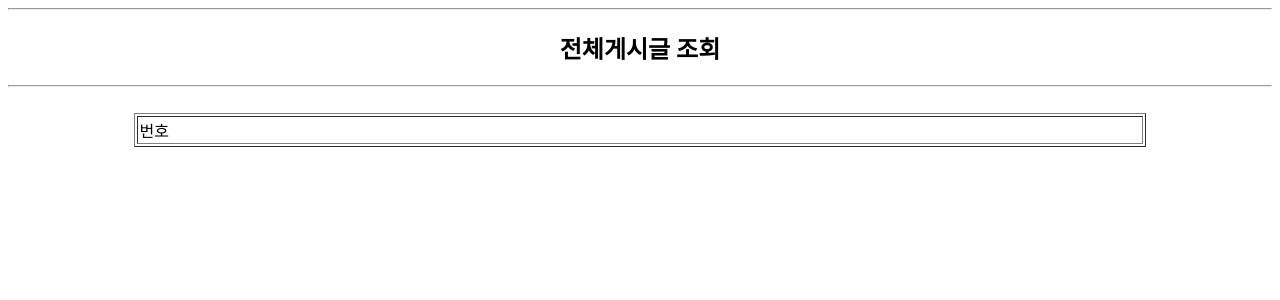
Repository: sunnny10/web-workspace
Page: http://localhost/Mission-Web/jsp/board/list.jsp
These files come from the project's save history. The page is drawn as it stood at one moment and after the next save; the edit follows.
The browser window is 1280 px wide. The pictures show the whole page.
The page is served by Tomcat 9. Other server files are loaded and not shown. Queries for data that is not in the repository find no rows.

Above is the page before, as saved 2022-06-02 07:38:12.

### Mission-Web/src/main/webapp/jsp/board/list.jsp
<%@page import="kr.ac.kopo.util.JDBCClose"%>
<%@ page language="java" contentType="text/html; charset=UTF-8"
    pageEncoding="UTF-8"%>
<%@ page import="java.sql.*" %>
<%@ page import="kr.ac.kopo.util.ConnectionFactory"%>

<%--
	작업순서
	1. t_board 테이블에서 전체게시글 조회
	2. 조회된 게시물을 하나씩 웹브라우저 출력
--%>

<%
	Connection conn = new ConnectionFactory().getConnection();
	StringBuilder sql = new StringBuilder();
	sql.append("select no, title, writer, reg_date ");
	sql.append("	from t_board");
	sql.append("	order by no desc ");

	PreparedStatement pstmt = conn.prepareStatement(sql.toString());
	ResultSet rs = pstmt.executeQuery();

%>

<!DOCTYPE html>
<html>
<head>
<meta charset="UTF-8">
<title>게시물 목록</title>
</head>
<body>
	<div align="center">
		<hr>
		<h2>전체게시글 조회</h2>
		<hr>
		<br>
		<table border="1" style="width:80%">
			<tr>
				<td width="7%">번호</td>
			</tr>
		</table>
	</div>
</body>
</html>

<%
	JDBCClose.close(pstmt, conn);
%>

### Mission-Web/src/main/java/kr/ac/kopo/util/ConnectionFactory.java
package kr.ac.kopo.util;

import java.sql.Connection;
import java.sql.DriverManager;

public class ConnectionFactory {

	public Connection getConnection() {

		Connection conn = null;

		try {
			Class.forName("oracle.jdbc.driver.OracleDriver");

			String url = "jdbc:oracle:thin:@192.168.119.119:1521:dink";
			String user = "scott";
			String password = "tiger";

			conn = DriverManager.getConnection(url, user, password);

		} catch (Exception e) {	// throws Exception으로 넘기던지..
			e.printStackTrace();
		}

		return conn;
	}
}

### Mission-Web/src/main/java/kr/ac/kopo/util/JDBCClose.java
package kr.ac.kopo.util;

import java.sql.Connection;
import java.sql.Statement;

public class JDBCClose {

	public static void close(Statement stmt, Connection conn) {
		if(stmt != null) {
			try {
				stmt.close();
			} catch (Exception e) {
				e.printStackTrace();
			}
		}

		if(conn != null) {
			try {
				conn.close();
			} catch (Exception e) {
				e.printStackTrace();
			}
		}
	}
}

After the next save:
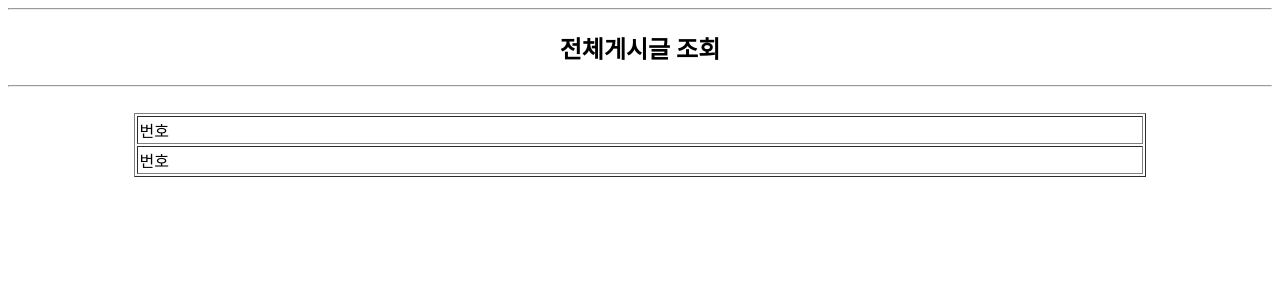
Saved 41 s later.
--- a/Mission-Web/src/main/webapp/jsp/board/list.jsp
+++ b/Mission-Web/src/main/webapp/jsp/board/list.jsp
@@ -38,6 +38,9 @@
 			<tr>
 				<td width="7%">번호</td>
 			</tr>
+			<tr>
+				<td width="7%">번호</td>
+			</tr>
 		</table>
 	</div>
 </body>
